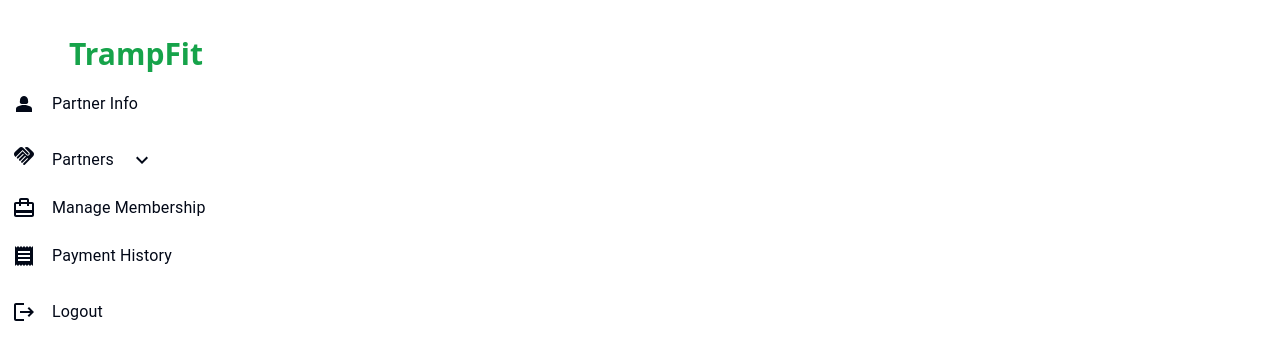
Repository: ezioxatul/TrampFit-Website
Page: /partner/partnerDashboard (app in Frontend/)
The author's editor kept a copy of each file at every save. The page is drawn from the files as they stood at one save, then again after the next save.
The browser window is 1280 px wide. The pictures show the whole page.
The project was rebuilt for these pictures with package versions that can differ from the ones it lists, and the page was loaded fresh each time. The framework's server and built-in components were replaced by stand-ins that run in the browser. Also part of the build but not shown: Frontend/next.config.js, Frontend/next.config.mjs, Frontend/components/Loader.js.

Above is the page before, as saved 2024-05-16 16:51:05.

After the next save:
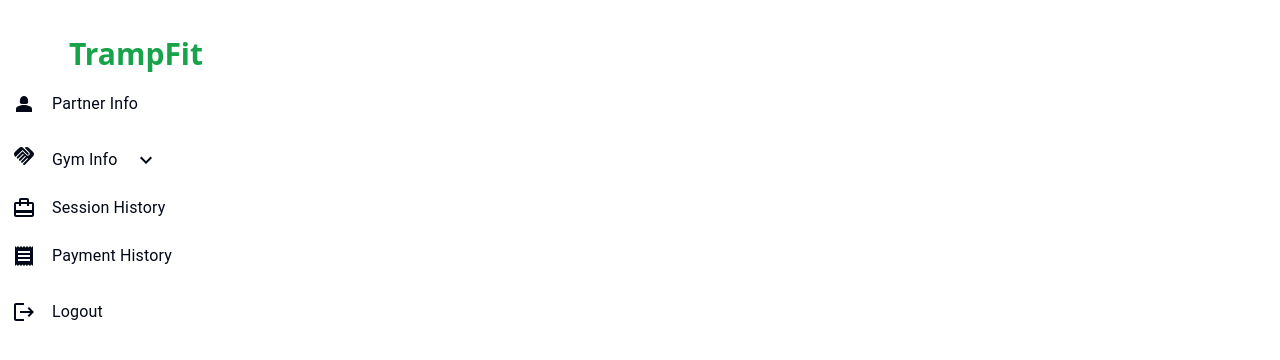
Saved 10 min 47 s later.
--- a/Frontend/components/PartnerSideBar.js
+++ b/Frontend/components/PartnerSideBar.js
@@ -21,7 +21,7 @@ import { useRouter } from 'next/router';
 
 export default function PartnerSideBar() {
 
-    let SideBarHeading = ['Partner Info', 'Partners', 'Manage Membership', 'Payment History', 'Logout'];
+    let SideBarHeading = ['Partner Info', 'Gym Info', 'Session History', 'Payment History', 'Logout'];
     let partnerSubMenu = ['Booked Session', 'Partner Onboarding']
 
     let router = useRouter();
